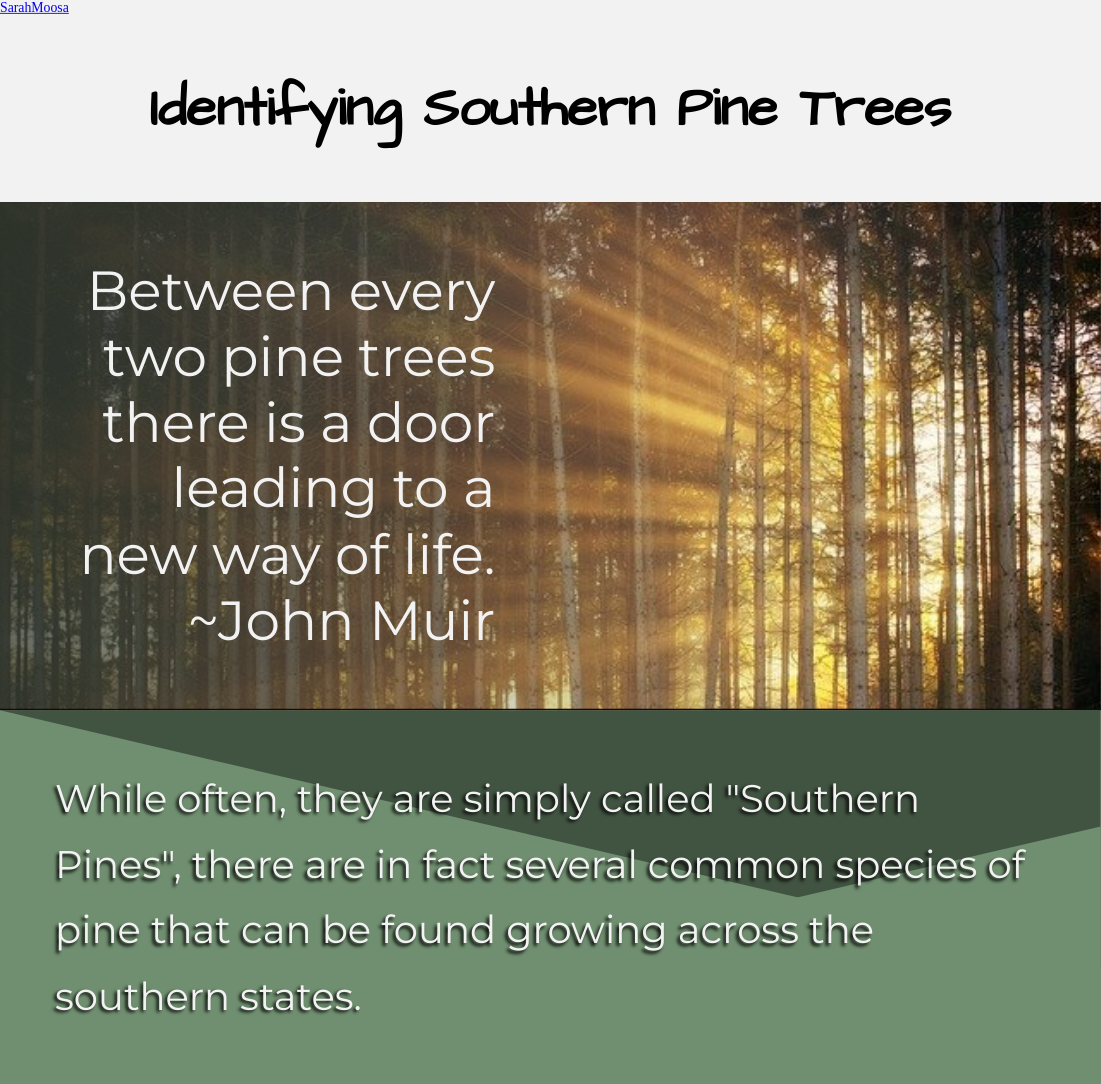
Repository: Sbethm/louisianaPineTrees
Page: pine_main.html
The author's editor kept a copy of each file at every save. The page is drawn from the files as they stood at one save, then again after the next save.
The browser window is 1280 px wide. The pictures show the whole page, at 86% of full size.
The style sheet was rebuilt from its Sass, Less or Tailwind sources for each picture, by a compiler version that may differ from the author's.

Above is the page before, as saved 2021-09-23 12:13:49.

### pine_main.html
<!DOCTYPE html>
<html lang="en">
<head>
    <meta charset="UTF-8">
    <meta http-equiv="X-UA-Compatible" content="IE=edge">
    <meta name="viewport" content="width=device-width, initial-scale=1.0">
    <link rel="preconnect" href="https://fonts.googleapis.com">
    <link rel="preconnect" href="https://fonts.gstatic.com" crossorigin>
    <link href="https://fonts.googleapis.com/css2?family=Architects+Daughter&family=Montserrat:ital,wght@0,400;0,500;0,700;1,400;1,500;1,700&display=swap" rel="stylesheet">
    <!--
        headerFont: 'Architects Daughter', cursive;
        mainFont: 'Montserrat', sans-serif;
    -->
    <link rel="stylesheet" href="./CSS/main.css">
    <title>Louisiana Pine Trees</title>
</head>
<body>
    <header>
        <a href="#" class="logo">
            SarahMoosa
        </a>
    </header>
    <main>
        <h1>Identifying Southern Pine Trees</h1>
        <div class="intro-container container">
            <div class="background-grad">
                <p class="float-right quote">Between every two pine trees there is a door leading to a new way of life. ~John Muir</p>
            </div>
        </div>
        <div class="container triangle-bg">
            <div class="triangle-left"></div>
            <div class="triangle-right"></div>
            <p class="call-to-action">While often, they are simply called "Southern Pines", there are in fact several common species of pine that can be found growing across the southern states. </p>
        </div>
        <div class="border"></div>
        <div class="questions-container container">
        </div>
        <!-- <div class="results-btn btn">
                <button>Reveal Your Tree!</button>
        </div>
        <div class="results"></div> -->

    </main>
    <script src="apps.js"></script>
</body>

### apps.js
const questCont = document.querySelector('.questions-container');

questCont.innerHTML =
    `<section class="question-block">
    <div class="question"></div>
    </section>
    <section class="question-block">
    <div class="question"></div>
    </section>
    <section class="question-block">
    <div class="question"></div>
    </section>
    <section class="question-block">
    <div class="question"></div>
    </section>
    <section class="question-block">
    <div class="question"></div>
    </section>`;

const questions = {
    1: {
        quest: "How many needles are in the bundle?",
        an: {
            a: "1",
            b: "2"
        }
    },
    2: {
        quest: "How many needles are in the bundle?",
        an: {
            a: "1",
            b: "2"
        }
    },
    3: {
        quest: "How many needles are in the bundle?",
        an: {
            a: "1",
            b: "2"
        }
    },
    4: {
        quest: "How many needles are in the bundle?",
        an: {
            a: "1",
            b: "2"
        }
    },
    5: {
        quest: "How many needles are in the bundle?",
        an: {
            a: "1",
            b: "2"
        }
    }
};

document.addEventListener('load', () => {

})

### src/scss/main.scss
@import "./variables";


//GLOBAL STYLES
*{box-sizing: border-box;}

body {
    margin: 0;
    background-color: $mainColorLi;
}

h1,
h2 {
    font-family: $headerFont;
    padding: clamp(0.5em, 5%, 1.5em);
}

h1{
    font-size: clamp(2rem, 5vw ,5rem);
    margin: 0 auto;
    text-align: center;
}

p {
    margin: 0;
    font-family: $mainFont;
    font-size: clamp(1rem, 3.5vw, 4rem);
    line-height: clamp(1.8rem, 6vw, 4.8rem);
    color: $mainColorLi;
    padding: clamp(0.5em, 5%, 1.5em);
}

.container {
    background-color: $mainColorDr;
}

.background-grad {
    background: linear-gradient(90deg, rgba(57,64,53,0.7721463585434174) 0%, rgba(242,242,242,0.19791666666666663) 66%, rgba(242,242,242,0) 100%);
}

.intro-container {
    background-image: url(../img/forest-pine.jpg);
    background-repeat: no-repeat;
    background-size: cover;
    border-bottom: 2px solid $acColorDr;
}

.quote {
    width: 50%;
    text-align: right;
    font-size: clamp(1.8rem, 5vw, 4rem);
    line-height: clamp(2.5rem, 6vw, 5rem);
}

.call-to-action {
    z-index: 2;
}

.triangle-bg {
    display: grid;
    grid-template-columns: 100%;
    grid-template-rows: 100%;
    align-content: center;

    & p {
        grid-row: 1 / 1;
        grid-column: 1 / 1;
        text-shadow: -3px 3px 4px #020202;
    }

    & .triangle-left{
        grid-row: 1 / 1;
        grid-column: 1 / 1;
        border-style: solid;
        border-width: 300px 0 0 100vw;
        border-color: transparent transparent transparent $acColorLi;
    }

    & .triangle-right {
        height: 100%;
        grid-row: 1 / 1;
        grid-column: 1 / 1;
        border-style: solid;
        border-width:  0 0 300px 100vw;
        border-color: transparent transparent $acColorLi transparent;
    }

    // &::before {
    //     content: "";
    //     position: relative;
    //     top: 300px;
    //     width: 100%;
    //     height: 0;
    //     border-style: solid;
    //     border-width: 300px 0 0 100vw;
    //     border-color: transparent transparent transparent #007bff;
    // }
}

//This code was used to cause grid items to over lap. It worked very well, but I think it is unnecessary and bulkier code than I need for the result that I want.
// .intro-container {
//     display: grid;
//     grid-template-columns: 50% 50%;
//     grid-auto-rows: 100%;

//     & img {
//         grid-column: 1/3;
//         grid-row: 1;
//         display: inline;
//         max-width: 100%;
//         z-index: 1;
//     }

//     & .quote {
//         grid-column: 2/3;
//         grid-row: 1;
//         align-self: center;
//         z-index: 9;
//     }
// }

### src/scss/_variables.scss
//COLORS
$mainColorDr: hsl(120, 12%, 29%);
$mainColorLi: hsl(0, 0%, 95%);
$acColorLi: hsl(120, 12%, 50%);
$acColorDr: hsl(0, 0%, 5%);

//FONTS
$headerFont: 'Architects Daughter', cursive;
$mainFont: 'Montserrat', sans-serif;

After the next save:
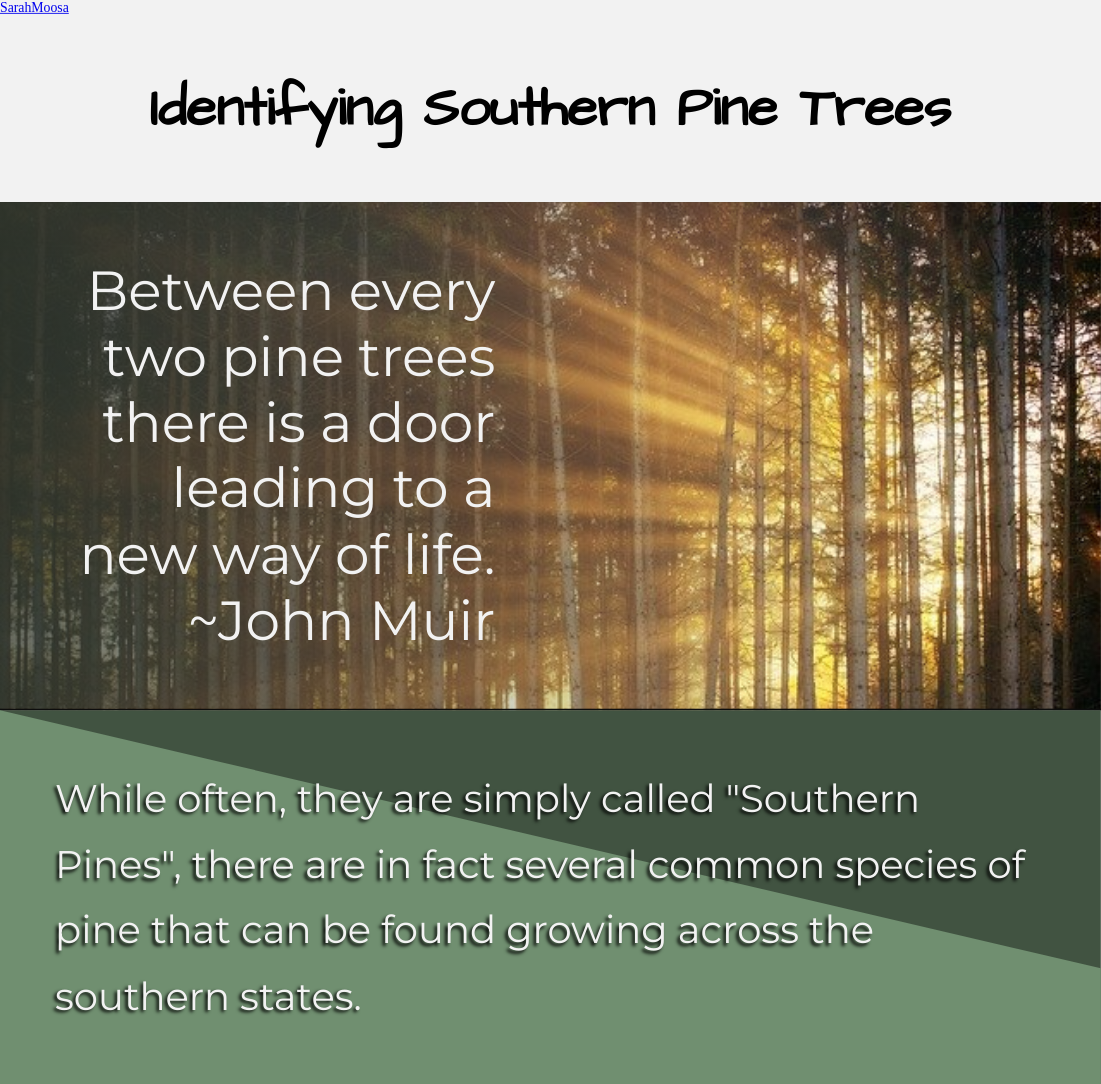
Saved 12 s later.
--- a/src/scss/main.scss
+++ b/src/scss/main.scss
@@ -81,7 +81,7 @@ p {
         grid-row: 1 / 1;
         grid-column: 1 / 1;
         border-style: solid;
-        border-width:  0 0 300px 100vw;
+        border-width:  0 0 100% 100vw;
         border-color: transparent transparent $acColorLi transparent;
     }
 
